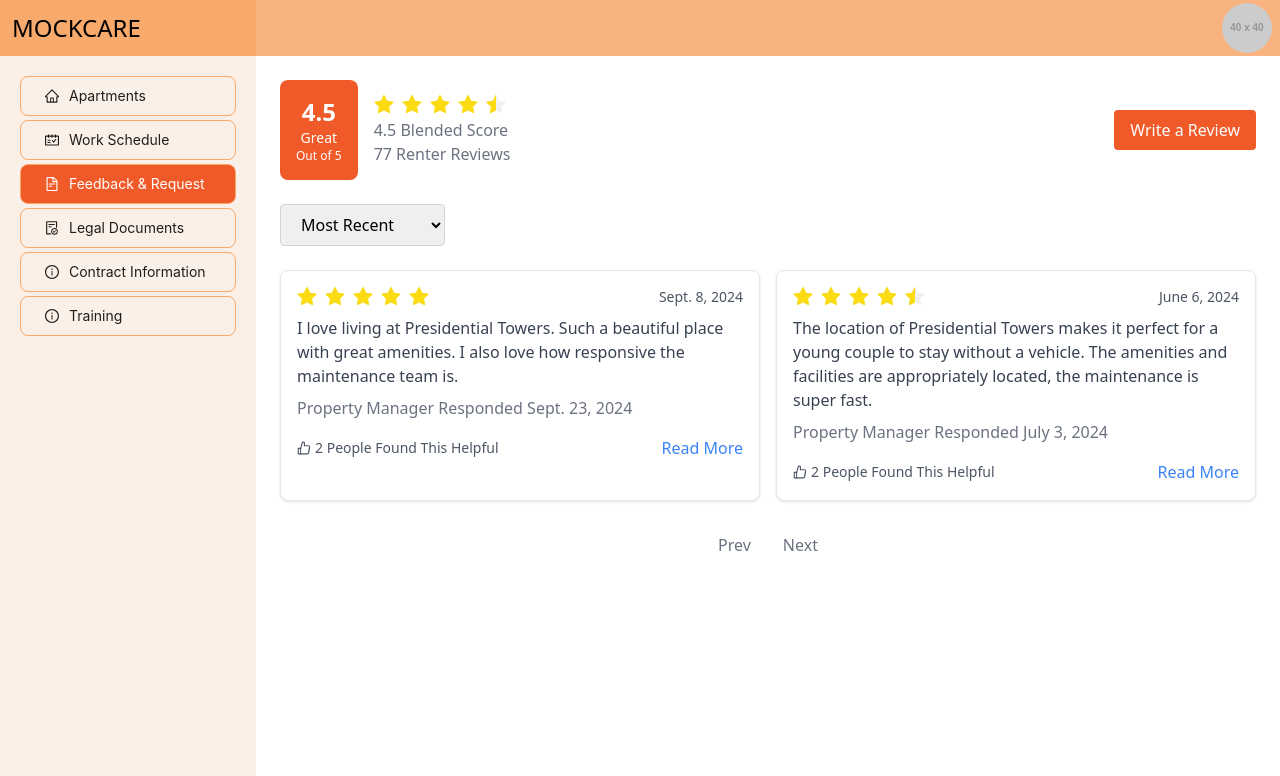
Repository: dunh-real/MockProject_102024_Nhom4
Page: / (app in frontend/)
The author's editor kept a copy of each file at every save. The page is drawn from the files as they stood at one save, then again after the next save.
The browser window is 1280 px wide. The pictures show the whole page.
The project was rebuilt for these pictures with package versions that can differ from the ones it lists, and the page was loaded fresh each time. Also part of the build but not shown: frontend/vite.config.js, frontend/vite.config.ts, frontend/src/App.css, frontend/src/component/ReviewModal.tsx.

Above is the page before, as saved 2024-10-09 12:39:23.

### frontend/src/App.tsx

import './App.css'
import ReviewList from './pages/Feedback&Request/Feedback&Request'
// import LoginForm from './pages/Login/Login'

function App() {


  return (
    <>
      {/* <LoginForm/> */}
      <ReviewList/>
    </>
  )
}

export default App

### frontend/src/pages/Feedback&Request/Feedback&Request.tsx
import React, { useState } from 'react';
import { Rate } from 'antd'; // Dùng Antd cho Rate, có thể thay thế bằng biểu tượng của Tailwind nếu cần
import { LikeOutlined } from '@ant-design/icons';
import ReviewModal from '../../component/ReviewModal';
import Sidebar from '../../component/Sidebar';

interface Review {
    date: string;
    rating: number;
    text: string;
    managerResponse: string;
    helpfulCount: number;
}

const reviews: Review[] = [
    {
        date: 'Sept. 8, 2024',
        rating: 5,
        text: 'I love living at Presidential Towers. Such a beautiful place with great amenities. I also love how responsive the maintenance team is.',
        managerResponse: 'Property Manager Responded Sept. 23, 2024',
        helpfulCount: 2,
    },
    {
        date: 'June 6, 2024',
        rating: 4.5,
        text: 'The location of Presidential Towers makes it perfect for a young couple to stay without a vehicle. The amenities and facilities are appropriately located, the maintenance is super fast.',
        managerResponse: 'Property Manager Responded July 3, 2024',
        helpfulCount: 2,
    },
];

const ReviewList: React.FC = () => {
    const [showModal, setShowModal] = useState<boolean>(false);
    const [page, setPage] = useState<number>(1);

    const handlePageChange = (page: number) => {
        setPage(page);
    };

    const handleSortChange = (value: string) => {
        console.log(`Sort by: ${value}`);
    };

    return (
        <div className=" min-h-screen  bg-gray-50">
            <div className='flex  bg-[#f8a769d9]  justify-between items-center'>
                <div className=' bg-[#f8a769d9] p-3 w-1/5'>
                    <h1 className='text-2xl'>MOCKCARE</h1>
                </div>
                <div className="flex  justify-end">
                    <img
                        src="https://via.placeholder.com/40"
                        alt="Avatar"
                        className="rounded-full w-[50px] h-[50px] mr-2"
                    />
                </div>
            </div>
            <div className="flex">
                <Sidebar/>
                <div className="w-4/5 p-6 bg-white">
                    <div className="flex justify-between items-center mb-6">
                        <div className="flex items-center">
                            <div className="bg-[#f05a28] text-white text-center p-4 rounded-lg">
                                <div className="text-2xl font-bold">4.5</div>
                                <div className="text-sm">Great</div>
                                <div className="text-xs">Out of 5</div>
                            </div>
                            <div className="ml-4">
                                <Rate allowHalf defaultValue={4.5} disabled />
                                <div className="text-gray-500">4.5 Blended Score</div>
                                <div className="text-gray-500">77 Renter Reviews</div>
                            </div>
                        </div>
                        <button
                            onClick={() => setShowModal(true)}
                            className="bg-[#f05a28] text-white px-4 py-2 rounded hover:bg-[#f25f30]"
                        >
                            Write a Review
                        </button>
                    </div>
                    <div className="mb-6 flex justify-between">
                        <select
                            onChange={(e) => handleSortChange(e.target.value)}
                            className="border border-gray-300 rounded px-4 py-2"
                        >
                            <option value="recent">Most Recent</option>
                            <option value="highest">Highest Rating</option>
                            <option value="lowest">Lowest Rating</option>
                        </select>
                    </div>
                    <div className="grid grid-cols-1 md:grid-cols-2 gap-4">
                        {reviews.slice((page - 1) * 2, page * 2).map((review, index) => (
                            <div key={index} className="p-4 border border-gray-200 rounded-lg bg-white shadow">
                                <div className="flex justify-between items-center mb-2">
                                    <Rate allowHalf defaultValue={review.rating} disabled />
                                    <span className="text-sm text-gray-600">{review.date}</span>
                                </div>
                                <p className="text-gray-700">{review.text}</p>
                                <p className="text-gray-500 mt-2">{review.managerResponse}</p>
                                <div className="flex justify-between items-center mt-4">
                                    <div className="flex items-center text-sm text-gray-600">
                                        <LikeOutlined className="mr-1" />
                                        {review.helpfulCount} People Found This Helpful
                                    </div>
                                    <button className="text-blue-500">Read More</button>
                                </div>
                            </div>
                        ))}
                    </div>
                    <div className="flex justify-center mt-6">
                        <button
                            onClick={() => handlePageChange(page - 1)}
                            className="px-4 py-2 text-gray-500"
                            disabled={page === 1}
                        >
                            Prev
                        </button>
                        <button
                            onClick={() => handlePageChange(page + 1)}
                            className="px-4 py-2 text-gray-500"
                        >
                            Next
                        </button>
                    </div>
                </div>
            </div>
            {showModal && <ReviewModal setShowModal={setShowModal} />}
        </div>
    );
};

export default ReviewList;

### frontend/src/component/Sidebar.tsx
import { Menu } from 'antd';
import { HomeOutlined, ScheduleOutlined, FileTextOutlined, FileDoneOutlined, InfoCircleOutlined } from '@ant-design/icons';

const Sidebar = () => {
  return (
    <div style={{ width: '20%', minHeight: '100vh', backgroundColor: '#FAF0E8', padding: '1rem' }}>
      <Menu
        defaultSelectedKeys={['feedback']}
        mode="inline"
        style={{ backgroundColor: '#FAF0E8', borderRight: 0 }}
      >
        <Menu.Item
          key="apartments"
          icon={<HomeOutlined />}
          style={{
            padding: '12px 24px',
            border:1, borderStyle:'solid', borderColor:'#F8A869'
          }}
        >
          Apartments
        </Menu.Item>
        <Menu.Item
          key="schedule"
          icon={<ScheduleOutlined />}
          style={{
            padding: '12px 24px',
            border:1, borderStyle:'solid', borderColor:'#F8A869'
          }}
        >
          Work Schedule
        </Menu.Item>
        <Menu.Item
          key="feedback"
          icon={<FileTextOutlined />}
          style={{
            backgroundColor: '#f05a28',
            color: 'white',
            padding: '12px 24px',
            border:1, borderStyle:'solid', borderColor:'#F8A869'
          }}
        >
          Feedback & Request
        </Menu.Item>
        <Menu.Item
          key="legal"
          icon={<FileDoneOutlined />}
          style={{
            padding: '12px 24px',
            border:1, borderStyle:'solid', borderColor:'#F8A869'
          }}
        >
          Legal Documents
        </Menu.Item>
        <Menu.Item
          key="contract"
          icon={<InfoCircleOutlined />}
          style={{
            padding: '12px 24px',
            border:1, borderStyle:'solid', borderColor:'#F8A869'
          }}
        >
          Contract Information
        </Menu.Item>
        <Menu.Item
          key="training"
          icon={<InfoCircleOutlined />}
          style={{
            padding: '12px 24px',
            border: 1, borderStyle: 'solid', borderColor: '#F8A869'
          }}
        >
          Training
        </Menu.Item>
      </Menu>
    </div>
  );
};

export default Sidebar;

Loaded but not shown: frontend/index.html (common file); frontend/src/main.jsx (common file); frontend/src/index.css (common file); frontend/tailwind.config.js (common file)

After the next save:
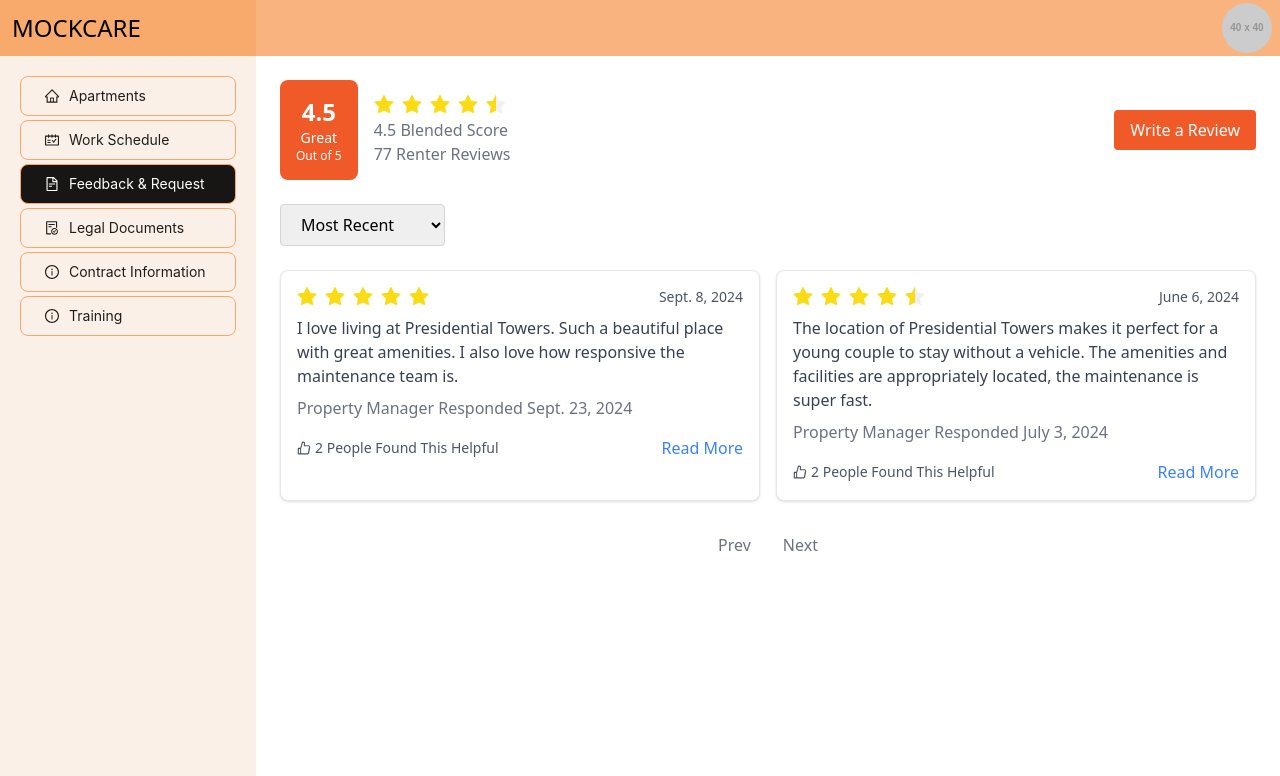
Saved 18 min 33 s later.
--- a/frontend/src/component/Sidebar.tsx
+++ b/frontend/src/component/Sidebar.tsx
@@ -33,7 +33,7 @@ const Sidebar = () => {
           key="feedback"
           icon={<FileTextOutlined />}
           style={{
-            backgroundColor: '#f05a28',
+            backgroundColor: '#171615',
             color: 'white',
             padding: '12px 24px',
             border:1, borderStyle:'solid', borderColor:'#F8A869'
